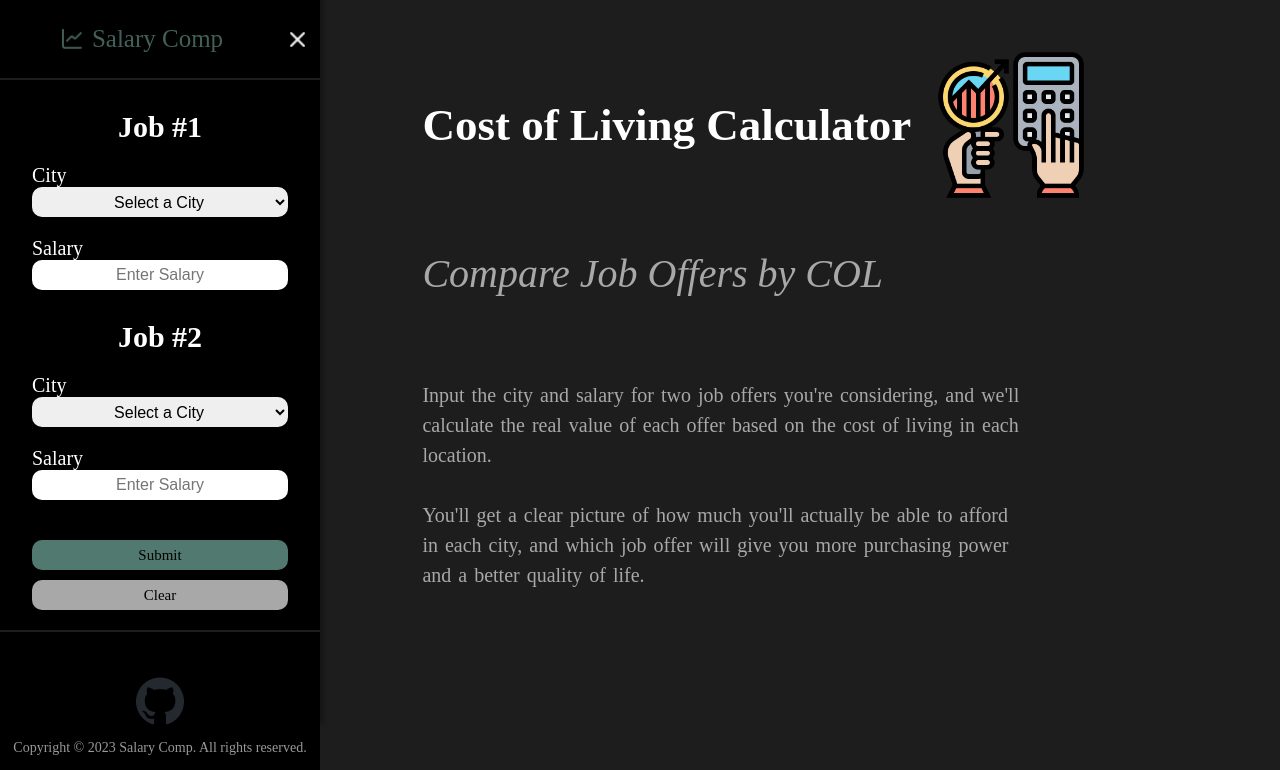
Repository: robbymcd/Salary-Comp
Page: /
These files come from the project's save history. The page is drawn as it stood at one moment and after the next save; the edit follows.
The browser window is 1280 px wide. The pictures show the whole page.
Some web fonts or font styles are not loaded; a fallback is used. The project was rebuilt for these pictures with package versions that can differ from the ones it lists, and the page was loaded fresh each time. Also part of the build but not shown: src/Main.css, src/Main.js.

Above is the page before, as saved 2023-06-16 11:32:55.

### public/index.html
<!DOCTYPE html>
<html lang="en">
  <head>
    <meta charset="utf-8" />
    <link rel="icon" href="%PUBLIC_URL%/favicon.ico" />
    <meta name="viewport" content="width=device-width, initial-scale=1" />
    <meta name="theme-color" content="#000000" />
    <meta
      name="description"
      content="Compare Job Offers by COL"
    />
    <link rel="apple-touch-icon" href="%PUBLIC_URL%/logo192.png" />
    <!--
      manifest.json provides metadata used when your web app is installed on a
      user's mobile device or desktop. See https://developers.google.com/web/fundamentals/web-app-manifest/
    -->
    <link rel="manifest" href="%PUBLIC_URL%/manifest.json" />
    <!--
      Notice the use of %PUBLIC_URL% in the tags above.
      It will be replaced with the URL of the `public` folder during the build.
      Only files inside the `public` folder can be referenced from the HTML.

      Unlike "/favicon.ico" or "favicon.ico", "%PUBLIC_URL%/favicon.ico" will
      work correctly both with client-side routing and a non-root public URL.
      Learn how to configure a non-root public URL by running `npm run build`.
    -->
    <title>Salary Comp</title>
  </head>
  <body>
    <noscript>You need to enable JavaScript to run this app.</noscript>
    <div id="root"></div>
    <!--
      This HTML file is a template.
      If you open it directly in the browser, you will see an empty page.

      You can add webfonts, meta tags, or analytics to this file.
      The build step will place the bundled scripts into the <body> tag.

      To begin the development, run `npm start` or `yarn start`.
      To create a production bundle, use `npm run build` or `yarn build`.
    -->
  </body>
</html>

### src/index.css
body {
  margin: 0;
  font-family: -apple-system, BlinkMacSystemFont, 'Segoe UI', 'Roboto', 'Oxygen',
    'Ubuntu', 'Cantarell', 'Fira Sans', 'Droid Sans', 'Helvetica Neue',
    sans-serif;
  -webkit-font-smoothing: antialiased;
  -moz-osx-font-smoothing: grayscale;
  height: 100%;
  width: 100%;
}

html {
  height: 100%;
  width: 100%;
  background-color: #1D1D1D;
}

code {
  font-family: source-code-pro, Menlo, Monaco, Consolas, 'Courier New',
    monospace;
}

### src/App.js
import React, { useState } from 'react';
import './App.css';
import Sidebar from './Sidebar.js';
import Content from './Content.js';

function App() {
  const [isSubmitted, setIsSubmitted] = useState(false);
  const [cityCOL1, setCityCOL1] = useState('');
  const [cityCOL2, setCityCOL2] = useState('');
  const [cityName1, setCityName1] = useState('');
  const [cityName2, setCityName2] = useState('');
  const [salary1, setSalary1] = useState('');
  const [salary2, setSalary2] = useState('');

  const handleFormSubmit = (formData) => {
    setIsSubmitted(true);
    setCityCOL1(formData.cityCOL1);
    setCityCOL2(formData.cityCOL2);
    setCityName1(formData.cityName1);
    setCityName2(formData.cityName2);
    setSalary1(formData.salary1);
    setSalary2(formData.salary2);
  };

  return (
    <div className="main">
        <Sidebar onFormSubmit={handleFormSubmit}/>
        <Content isSubmitted={isSubmitted} cityCOL1={cityCOL1} cityCOL2={cityCOL2} cityName1={cityName1} cityName2={cityName2} salary1={salary1} salary2={salary2} />
    </div>
  );
}

export default App;

### src/App.css
.main {
    display: flex;
    flex-direction: row;
    height: 200%;
    width: 100%;
    background-color: #1D1D1D;
}

### src/Sidebar.js
import React, { useState, useRef } from 'react';
import plus from './plus.png';
import './Sidebar.css';
import chart from './chart.png';
import github from './github.png';
import x from './x.png';
import './OpenSidebar.css';
import './Select.css';

export default function Sidebar( { onFormSubmit } ) {
    const [isOpen, setIsOpen] = useState(true);
    const [isClosed, setIsClosed] = useState(false);

    const [city1, setCity1] = useState('0');
    const [city2, setCity2] = useState('0');

    const [salary1, setSalary1] = useState('');
    const [salary2, setSalary2] = useState('');


    const [error, setError] = useState(false);

    const selectRef1 = useRef(null);
    const selectRef2 = useRef(null);

    const formatSalary = (salary) => {
        salary = salary.replace(/[^0-9]/g, '');

        // Convert the salary to a number and format it with commas
        const formattedSalary = Number(salary).toLocaleString();

        // Add the '$' symbol
        return '$' + formattedSalary;
    }

    const openSidebar = () => {
        setIsOpen(true);
        setIsClosed(false);
    }

    const closeSidebar = () => {
        setIsOpen(false);
        setIsClosed(true);
    }

    const city1ChangeHandler = (event) => {
        setCity1(event.target.value)
    }

    const city2ChangeHandler = (event) => {
        setCity2(event.target.value);
    }


    const salary1ChangeHandler = (event) => {
        const inputValue = event.target.value;
        const formattedValue = formatSalary(inputValue);
        const regex = /\d/;

        if (regex.test(formattedValue[formattedValue.length - 1])) {
          setSalary1(formattedValue);
        } else {
            setSalary1(formattedValue.slice(0, formattedValue.length - 1));
        }
      }


    const salary2ChangeHandler = (event) => {
        const inputValue = event.target.value;
        const formattedValue = formatSalary(inputValue);
        const regex = /\d/;
        if (regex.test(formattedValue[formattedValue.length - 1])) {
            setSalary2(formattedValue);
        } else {
            setSalary2(formattedValue.slice(0, formattedValue.length - 1));
        }
    }

    const refresh = () => {
        window.location.reload(false);
    }

    const submitHandler = (event) => {
        event.preventDefault();
        if (city1 === '0' | city2 === '0' | salary1 === '' | salary2 === '') {
            setError(true);
            return;
        }
        setError(false);
        const formData = {
            cityCOL1: city1,
            cityCOL2: city2,
            cityName1: selectRef1.current.options[selectRef1.current.selectedIndex].text,
            cityName2: selectRef2.current.options[selectRef2.current.selectedIndex].text,
            salary1: salary1,
            salary2: salary2
        };
        onFormSubmit(formData);
    }

    const clearHandler = (event) => {
        event.preventDefault();
        setError(false);
        setCity1('0');
        setCity2('0');
        setSalary1('');
        setSalary2('');
    }

    return (
        <div className="sidebar">
            {isClosed && (
                <div className='closed-sidebar'>
                <img
                    className="plusIcon"
                    src={plus}
                    alt="plus"
                    onClick={openSidebar}
                />
            </div>
            )}
            {isOpen && (
                <div className='open-sidebar'>
                <div className='sidebar-header'>
                    <div className='logo' onClick={refresh}>
                        <img className='chart' src={chart} alt='Chart'></img>
                        <p>Salary Comp</p>
                    </div>
                    <img className='x' src={x} alt='x' onClick={closeSidebar}></img>
                </div>
                <form className='form' onSubmit={onFormSubmit}>
                    <h1>Job #1</h1>
                    <div className='city'>
                        <label>City</label>
                        <div className="select-main">
                            <select ref={selectRef1} value={city1} className='select-input' onChange={city1ChangeHandler}>
                                <option value='0'>Select a City</option>
                                <option value='89.1'>Abilene, TX</option>
                                <option value='90.5'>Adrian, MI</option>
                                <option value='89.4'>Akron, OH</option>
                                <option value='85.8'>Alamogordo, NM</option>
                                <option value='87.3'>Albany, GA</option>
                                <option value='105.4'>Albany, OR</option>
                                <option value='100.1'>Albany, NY</option>
                                <option value='90.9'>Albertville, AL</option>
                                <option value='92.9'>Albuquerque, NM</option>
                                <option value='86.2'>Alexandria, LA</option>
                                <option value='98.9'>Allentown, PA</option>
                                <option value='90.8'>Altoona, PA</option>
                                <option value='88.2'>Amarillo, TX</option>
                                <option value='91.5'>Ames, IA</option>
                                <option value='110.7'>Anchorage, AK</option>
                                <option value='99.3'>Ann Arbor, MI</option>
                                <option value='85.7'>Anniston, AL</option>
                                <option value='90.7'>Appleton, WI</option>
                                <option value='103.3'>Asheville, NC</option>
                                <option value='87.4'>Ashtabula, OH</option>
                                <option value='88.5'>Athens, OH</option>
                                <option value='92.9'>Athens, TX</option>
                                <option value='95'>Athens, GA</option>
                                <option value='100.3'>Atlanta, GA</option>
                                <option value='102'>Atlantic City, NJ</option>
                                <option value='93.7'>Auburn, NY</option>
                                <option value='91.9'>Auburn, AL</option>
                                <option value='91.6'>Augusta, GA</option>
                                <option value='100'>Augusta, ME</option>
                                <option value='106.6'>Austin, TX</option>
                                <option value='102.9'>Bakersfield, CA</option>
                                <option value='107'>Baltimore, MD</option>
                            </select>
                        </div>
                    </div>
                    <div className='salary'>
                        <label>Salary</label>
                        <input className='salary-input' type='text' placeholder='Enter Salary' onChange={salary1ChangeHandler} value={salary1}></input>
                    </div>
                    <h1>Job #2</h1>
                    <div className='city'>
                        <label>City</label>
                        <div className="select-main">
                            <select ref={selectRef2} value={city2} className='select-input' onChange={city2ChangeHandler}>
                                <option value='0'>Select a City</option>
                                <option value='89.1'>Abilene, TX</option>
                                <option value='90.5'>Adrian, MI</option>
                                <option value='89.4'>Akron, OH</option>
                                <option value='85.8'>Alamogordo, NM</option>
                                <option value='87.3'>Albany, GA</option>
                                <option value='105.4'>Albany, OR</option>
                                <option value='100.1'>Albany, NY</option>
                                <option value='90.9'>Albertville, AL</option>
                                <option value='92.9'>Albuquerque, NM</option>
                                <option value='86.2'>Alexandria, LA</option>
                                <option value='98.9'>Allentown, PA</option>
                                <option value='90.8'>Altoona, PA</option>
                                <option value='88.2'>Amarillo, TX</option>
                                <option value='91.5'>Ames, IA</option>
                                <option value='110.7'>Anchorage, AK</option>
                                <option value='99.3'>Ann Arbor, MI</option>
                                <option value='85.7'>Anniston, AL</option>
                                <option value='90.7'>Appleton, WI</option>
                                <option value='103.3'>Asheville, NC</option>
                                <option value='87.4'>Ashtabula, OH</option>
                                <option value='88.5'>Athens, OH</option>
                                <option value='92.9'>Athens, TX</option>
                                <option value='95'>Athens, GA</option>
                                <option value='100.3'>Atlanta, GA</option>
                                <option value='102'>Atlantic City, NJ</option>
                                <option value='93.7'>Auburn, NY</option>
                                <option value='91.9'>Auburn, AL</option>
                                <option value='91.6'>Augusta, GA</option>
                                <option value='100'>Augusta, ME</option>
                                <option value='106.6'>Austin, TX</option>
                                <option value='102.9'>Bakersfield, CA</option>
                                <option value='107'>Baltimore, MD</option>
                            </select>
                        </div>
                    </div>
                    <div className='salary'>
                        <label>Salary</label>
                        <input className='salary-input' type='text' placeholder='Enter Salary' onChange={salary2ChangeHandler} value={salary2}></input>
                        {error && <p className='error'>Please fill out all fields</p>}
                    </div>
                    <div className='button-container'>
                        <div className='submit-container'>
                            <button className='submit' onClick={submitHandler} type='submit'>Submit</button>
                        </div>
                        <div className='clear-container'>
                            <button className='clear' onClick={clearHandler}>Clear</button>
                        </div>
                    </div>
                </form>
                <div className='footer'>
                    <div className='hiw'>
                        <p></p>
                        <a src='https://advisorsmith.com/data/coli'>AdvisorSmith Cost of Living Index</a>
                    </div>
                    <img className='github' src={github} alt='github'></img>
                    <p className='copyright'>Copyright © 2023 Salary Comp. All rights reserved.</p>
                </div>
            </div>
            )}
        </div>
    );
}

### src/Content.js
import React from 'react';
import './Content.css';
import Instruction from './Instruction.js';
import Main from './Main.js';

export default function Content({ isSubmitted ,cityCOL1 ,cityCOL2, cityName1, cityName2 , salary1, salary2 }) {

    return (
        <div className='Content-container'>
            {isSubmitted ? <Main cityCOL1={cityCOL1} cityCOL2={cityCOL2} cityName1={cityName1} cityName2={cityName2} salary1={salary1} salary2={salary2}/> : <Instruction />}
        </div>
    );
}

### src/Sidebar.css
@import url('https://fonts.googleapis.com/css?family=Roboto-Mono');
@import url('https://fonts.googleapis.com/css?family=Mukta-Vaani');
.sidebar {
    display: flex;
    height: 100vh;
    width: fit-content;
}

.closed-sidebar {
    display: flex;
    height: 100vh;
    width: fit-content;
    margin-right: 22vw;
}

.plusIcon {
    height: 30px;
    width: 30px;
    margin-left: 20px;
    align-self: center;
    cursor: pointer;
}

.plusIcon:hover {
    opacity: 0.5;
}

.error {
    display: flex;
    font-size: 15px;
    margin-bottom: -15px;
    color: #BA1F33;
}

.button-container {
    display: flex;
    flex-direction: column;
    gap: 10px;
    margin-top: 20px;
}

.submit-container {
    display: flex;
}

.submit {
    height: 30px;
    width: clamp(100px, 20vw, 300px);
    border-radius: 10px;
    border: none;
    outline: none;
    cursor: pointer;
    background-color: #52796F;
    font-family: Mukta Vaani;
    font-size: 15px;
    color: #000;
    box-shadow: 0px 4px 4px rgba(0, 0, 0, 0.25);
}

.submit:hover {
    opacity: 0.8;
}

.clear-container {
    display: flex;
}

.clear {
    height: 30px;
    width: clamp(100px, 20vw, 300px);
    border-radius: 10px;
    border: none;
    outline: none;
    cursor: pointer;
    background-color: #a8a8a8;
    font-family: Mukta Vaani;
    font-size: 15px;
    color: #000;
    box-shadow: 0px 4px 4px rgba(0, 0, 0, 0.25);
}

.clear:hover {
    opacity: 0.8;
}

@media screen and (min-width: 1650px) {
    .button-container {
        gap: 20px;
    }
}

### src/OpenSidebar.css
@import url('https://fonts.googleapis.com/css?family=Roboto-Mono');
@import url('https://fonts.googleapis.com/css?family=Mukta-Vaani');

.open-sidebar {
    display: flex;
    flex-direction: column;
    height: 100vh;
    width: 25vw;
    background-color: #000;
    box-shadow: 0px 0px 4px 4px rgba(0, 0, 0, 0.25);
    margin-right: 8vw;
    transition: transform 0.3s ease-in-out;
}

.sidebar-header {
    display: flex;
    width: 25vw;
    border-bottom: 2px solid #1d1d1d;
    justify-content: space-between;
    align-items: center;
}

.sidebar-wrapper {
    display: inline-block;
}

.centering {
    display: flex;
    flex-direction: row;
    width: 100%;
    align-self: center;
    align-items: center;
    justify-content: center;
}

.logo {
    display: flex;
    flex-direction: row;
    width: 100%;
    align-items: center;
    justify-content: center;
    gap: 10px;
    cursor: pointer;
}

.logo:hover {
    opacity: .8;
}

.logo p {
    font-family: Roboto Mono;
    color: #52796F;
    font-size: 25px;
}

.chart {
    height: 20px;
    width: 20px;
}

.city {
    display: flex;
    flex-direction: column;
    font-family: Mukta Vaani;
    font-style: normal;
    font-weight: 300;
    font-size: 20px;
    color: #fff;
}

.salary{
    display: flex;
    flex-direction: column;
    font-family: Mukta Vaani;
    font-style: normal;
    font-weight: 300;
    font-size: 20px;
    color: #fff;
}

.salary label {
    display: flex;
    justify-self: center;
}

.form {
    display: flex;
    flex-direction: column;
    font-family: Mukta Vaani;
    height: 100%;
    align-items: center;
    gap: 20px;
    border-bottom: 2px solid #1d1d1d;
    justify-content: center;
    padding: 20px;
}

.form h1 {
    color: #fff;
    font-family: Roboto Mono;
    font-size: 30px;
    font-weight: 700;
    font-style: normal;
    text-align: center;
    margin-top: 10px;
    margin-bottom: 0px;
}

select {
    cursor: pointer;
}

input {
    text-decoration: none;
    height: 30px;
    width: clamp(100px, 20vw, 300px);
    border-radius: 10px;
    outline: none;
    border: none;
    padding: 0;
    text-align: center;
    font-size: 16px;
    cursor: pointer;
}

.salarycomp {
    height: 80px;
    width: 360px;
}

.x {
    height: 25px;
    width: 25px;
    cursor: pointer;
    margin-right: 10px;
}

.x:hover {
    opacity: 0.5;
    transition: ease-in-out 0.2s;
}

.footer {
    display: flex;
    flex-direction: column;
    align-items: center;
    justify-content: center;
    width: 100%;
    background-color: #000;
}

.footer p {
    color: #fff;
    opacity: .6;
    font-family: 'Mukta Vaani';
    font-style: normal;
    font-weight: 300;
    font-size: 14px;
}

.hiw {
    text-decoration: underline;
    cursor: pointer;
}

.hiw:hover {
    opacity: 0.5;
}

.github {
    height: 50px;
    width: 50px;
    margin-top: 10px;
    cursor: pointer;
}

.github:hover {
    opacity: 0.8;
}

@media screen and (max-width: 1000px) {
    .footer p {
        font-size: 10px;
    }
}

@media screen and (min-height: 800px) {
    .form h1 {
        margin-top: 0;
        margin-bottom: 20px;
    }

    input {
        margin-bottom: 50px;
    }
}

### src/Select.css
.select-main {
    text-decoration: none;
    height: 30px;
    width: clamp(100px, 20vw, 300px);
    border-radius: 10px;
    outline: none;
    text-align: center;
    font-size: 16px;
}

.select-main select {
    text-align: center;
    text-decoration: none;
    outline: none;
    border: none;
    height: 30px;
    width: clamp(100px, 20vw, 300px);
    border-radius: 10px;
    font-size: 16px;
    padding-left: 10px;
}

### src/Content.css
@import url('https://fonts.googleapis.com/css?family=Kadwa');
@import url('https://fonts.googleapis.com/css?family=Hind-Madurai');

.Content-container {
    display: flex;
    width: 100%;
}

.header {
    display: flex;
    flex-direction: row;
    align-items: center;
    margin-top: 50px;
    gap: 25px;
}

.content h1 {
    font-family: Kadwa;
    font-weight: bold;
    font-size: 45px;
    height: 100%;
    margin: 0;
}

.content h2 {
    font-family: Hind Madurai;
    font-size: 40px;
    color: #a8a8a8;
    margin-top: 50px;
    width: 75%;
    font-weight: 500;
    font-style: italic;
}

.content p {
    display: flex;
    width: 50vw;
    font-family: Hind Madurai;
    font-size: 20px;
    color: #a8a8a8;
    word-spacing: 2px;
    line-height: 1.5;
    margin-top: 50px;
    width: 70%;
}

.content {
    display: flex;
    flex-direction: column;
    color: #fff;
    height: fit-content;
    width: 100%;
    justify-items: center;
}

.calculator {
    display: flex;
    height: 150px;
    width: 150px;
}

### src/Instruction.js
import calculator from './calculator.png';

export default function Instruction() {
    return (
        <div className="content">
            <div className="header">
                <h1>Cost of Living Calculator</h1>
                <img className="calculator" src={calculator} alt='calculator'></img>
            </div>
            <h2>Compare Job Offers by COL</h2>
            <p>Input the city and salary for two job offers you're considering, and we'll calculate the real value of each offer based on the cost of living in each location.<br/><br/>You'll get a clear picture of how much you'll actually be able to afford in each city, and which job offer will give you more purchasing power and a better quality of life.
            </p>
        </div>
    );
}

Loaded but not shown: src/index.js (common file); src/reportWebVitals.js (common file)

After the next save:
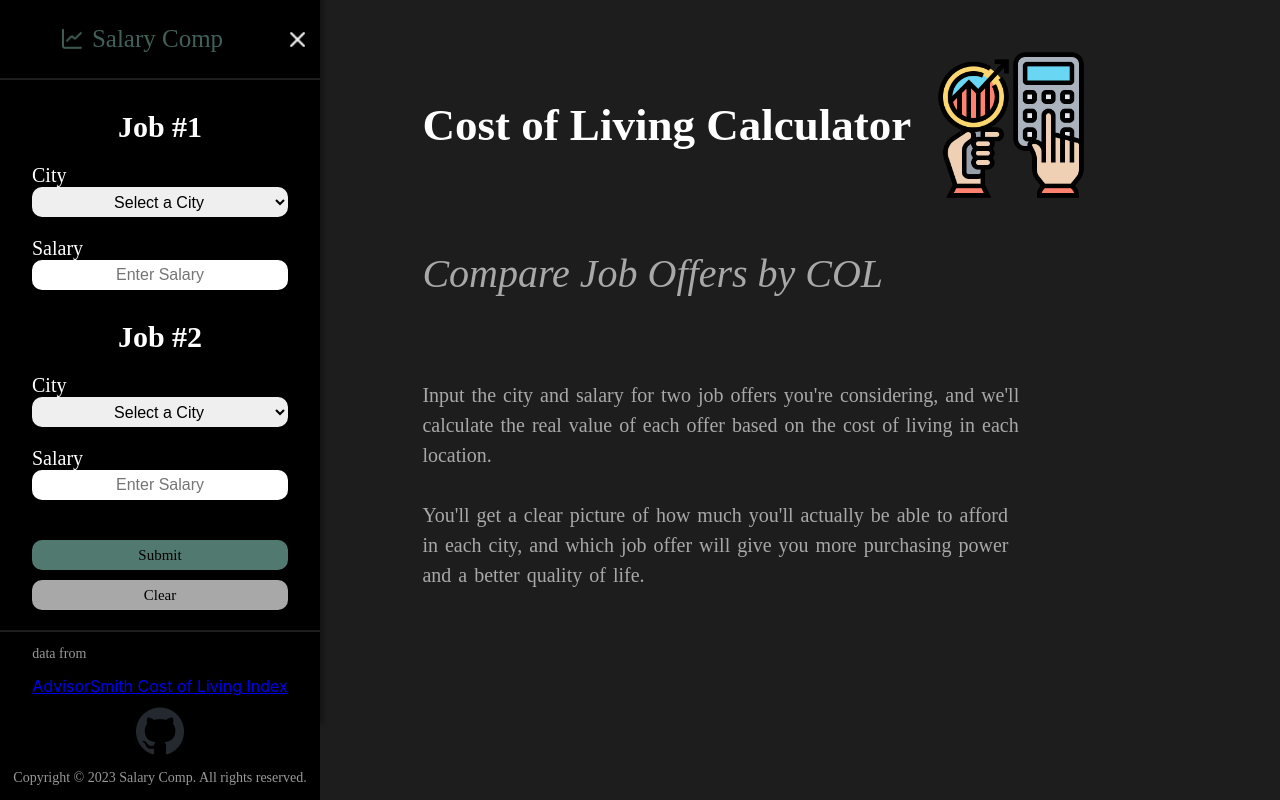
Saved 31 s later.
--- a/src/Sidebar.js
+++ b/src/Sidebar.js
@@ -231,8 +231,8 @@ export default function Sidebar( { onFormSubmit } ) {
                 </form>
                 <div className='footer'>
                     <div className='hiw'>
-                        <p></p>
-                        <a src='https://advisorsmith.com/data/coli'>AdvisorSmith Cost of Living Index</a>
+                        <p>data from </p>
+                        <a href='https://advisorsmith.com/data/coli'>AdvisorSmith Cost of Living Index</a>
                     </div>
                     <img className='github' src={github} alt='github'></img>
                     <p className='copyright'>Copyright © 2023 Salary Comp. All rights reserved.</p>
